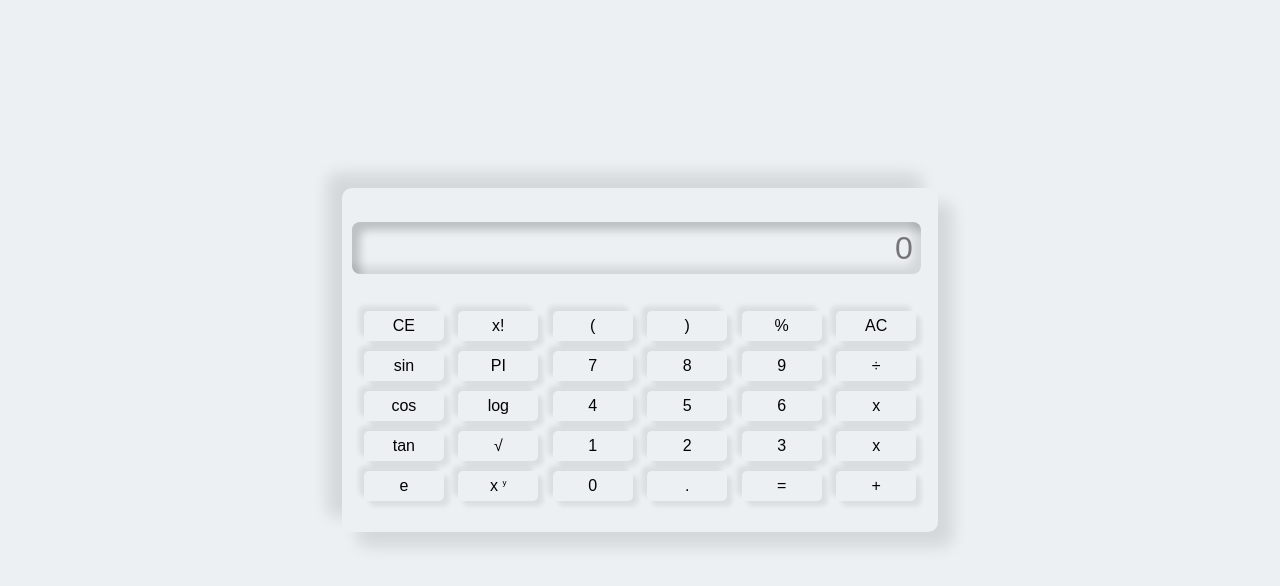
Repository: Haakim19/Scientific-Calculator
Page: intex.html
The author's editor kept a copy of each file at every save. The page is drawn from the files as they stood at one save, then again after the next save.
The browser window is 1280 px wide. The pictures show the whole page.

Above is the page before, as saved 2024-10-27 12:44:25.

### intex.html
<!DOCTYPE html>
<html lang="en">
<head>
    <meta charset="UTF-8">
    <meta name="viewport" content="width=device-width, initial-scale=1.0">
    <title>Scientific Calculator</title>
    <link rel="stylesheet" href="Style.css">
</head>
<body>
    <div class="container">
        <div class="display">
                <input type="text" id="screen" placeholder="0" >
        </div>
        <div class="btns">
            <div class="row">
                <button class="btn">CE</button>
                <button class="btn">x!</button>
                <button class="btn">(</button>
                <button class="btn">)</button>
                <button class="btn">%</button>
                <button class="btn">AC</button>
            </div>
            <div class="row">
                <button class="btn">sin</button>
                <button class="btn">PI</button>
                <button class="btn">7</button>
                <button class="btn">8</button>
                <button class="btn">9</button>
                <button class="btn">÷</button>
            </div>
            <div class="row">
                <button class="btn">cos</button>
                <button class="btn">log</button>
                <button class="btn">4</button>
                <button class="btn">5</button>
                <button class="btn">6</button>
                <button class="btn">x</button>
            </div>
            <div class="row">
                <button class="btn">tan</button>
                <button class="btn">√</button>
                <button class="btn">1</button>
                <button class="btn">2</button>
                <button class="btn">3</button>
                <button class="btn">x</button>
            </div>
            <div class="row">
                <button class="btn">e</button>
                <button class="btn">x <sup style="font-size: 0.5rem;">y</sup></button>
                <button class="btn">0</button>
                <button class="btn">.</button>
                <button class="btn">=</button>
                <button class="btn">+</button>
            </div>
        </div>
</body>

</html>

### Style.css
body{
    /* background-color: #f0f0f0; */
    font-family: Arial, sans-serif;
    margin: 0;
    padding: 0;
    justify-content: center;
    align-items: center;
    display: flex;
    min-height: 100vh;
    background: #ecf0f3;
}

.container{
    width: 45%;
    height: 45vh;
    padding: 10px;
    border-radius: 10px;
    box-shadow: 15px 15px 15px rgba(0, 0, 0, 0.1),
                -15px -15px 15px rgba(0, 0, 0, 0.1);
}
 /* #screen1{
    width: 97%;
    height: 70px;
    border: none;
    outline: none;
    text-align: right;
    padding-right: 0.5rem;
    margin-top: 1.5rem;
    font-size: 2em;
    border-radius: 8px;
    background:#ecf0f3;
    box-shadow: inset 5px 5px 5px rgba(0, 0, 0, 0.2),
                inset -5px -5px 5px rgba(0, 0, 0, 0.1);

} */
.display #screen{
    width: 97%;
    height: 50px;
    border: none;
    outline: none;
    text-align: right;
    padding-right: 0.5rem;
    margin-top: 1.5rem;
    font-size: 2em;
    border-radius: 8px;
    background:#ecf0f3;
    display: flex;
    flex-direction: column;
    box-shadow: inset 8px 8px 8px rgba(0, 0, 0, 0.2),
                inset -8px -8px 8px rgba(0, 0, 0, 0.1);
}

.btns {
    width: 100%;
    cursor: pointer;
    display: flex;
    justify-content: center;
    align-items: center;
    /* border-radius: 5px; */
    margin-top: 2rem;
    flex-direction: column;
}
.btns .row button{
    width: 80px;
    height: 30px;
    margin: 5px;
    border: none;
    outline: none;
    font-size:16px;
    border-radius: 5px;
    cursor: pointer;
    background: #ecf0f3;
    box-shadow: 5px 5px 5px rgba(0, 0, 0, 0.08),
                -5px -5px 5px rgba(0, 0, 0, 0.08);
}

After the next save:
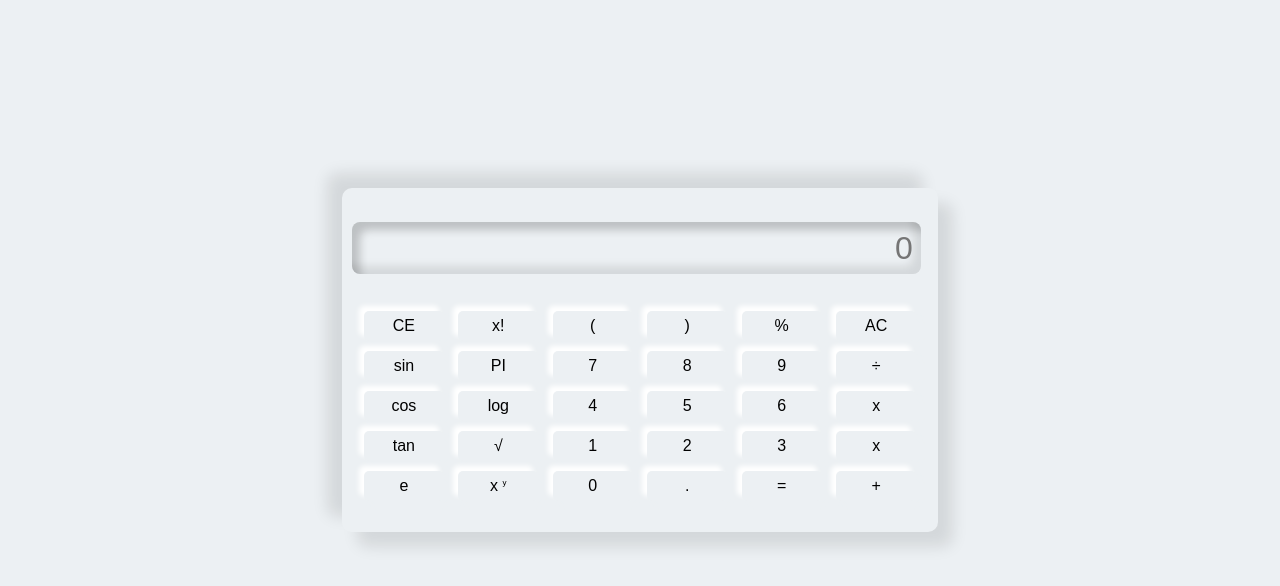
Saved 47 s later.
--- a/Style.css
+++ b/Style.css
@@ -70,6 +70,6 @@ body{
     border-radius: 5px;
     cursor: pointer;
     background: #ecf0f3;
-    box-shadow: 5px 5px 5px rgba(0, 0, 0, 0.08),
-                -5px -5px 5px rgba(0, 0, 0, 0.08);
+    box-shadow: 5px 5px 5px #ecf0f3,
+                -5px -5px 5px #ffffff;
 }
